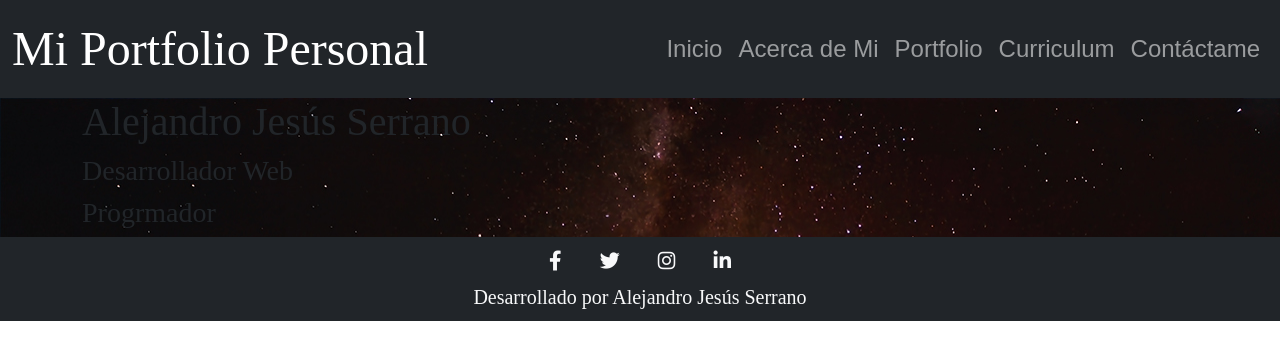
Repository: AlejandroJesusSerrano/portfolio
Page: portfolio/core/templates/core/home.html
An editor plug-in stored every save of this project. The page is shown before and after the next save, followed by the edit.
The browser window is 1280 px wide. The pictures show the whole page.
Some web fonts or font styles are not loaded; a fallback is used. The template is drawn by Django 4.2. The application's start-up code is not run. Other server files are loaded and not shown. The template is opened directly, without the code that normally fills it, so the values that code supplies are empty.

Above is the page before, as saved 2023-09-06 09:03:13.

### portfolio/core/templates/core/home.html
{% extends 'core/base.html' %}
{% load static %}

{% block title %} Inicio {% endblock title %}

<!-- header -->
{% block content %}
<div class="home bkg-img">
  <div class="container">
    <div class="row">
      <div class="col-12 brand">
        <div>
          <h1>Alejandro Jesús Serrano</h1>
        </div>
        <div>
          <h3>Desarrollador Web</h3>
        </div>
        <div>
          <h3>Progrmador</h3>
        </div>
      </div>
    </div>
  </div>
</div>
{% endblock content %}

### portfolio/core/templates/core/base.html
{% load static %}

<!DOCTYPE html>
<html lang="en">

<head>
  <meta charset="UTF-8">
  <meta name="viewport" content="width=device-width, initial-scale=1.0">
  <link rel="stylesheet" href={% static 'lib/bootstrap-5.2/css/bootstrap.min.css' %}>
  <link rel="stylesheet" href={% static 'lib/fontawesome-6.4.2/css/all.min.css' %}>
  <link rel="stylesheet" href={% static 'css/styles.css' %}>
  <title>Portafolio Personal - {% block title %} {% endblock title %}</title>
</head>

<body>
  <!-- HEADER -->
  <nav class="navbar navbar-expand-lg navbar-dark bg-dark">
    <div class="container-fluid">
      <a class="navbar-brand brand" href={% url 'home' %}>Mi Portfolio Personal</a>
      <button class="navbar-toggler" type="button" data-bs-toggle="collapse" data-bs-target="#navbarNav"
        aria-controls="navbarNav" aria-expanded="false" aria-label="Toggle navigation">
        <span class="navbar-toggler-icon"></span>
      </button>
      <div class="collapse navbar-collapse" id="navbarNav">
        <ul class="navbar-nav nav_menu ms-auto">
          <li class="nav-item">
            <a class="nav-link" aria-current="page" href={% url 'home' %}>Inicio</a>
          </li>
          <li class="nav-item">
            <a class="nav-link" href={% url 'about' %}>Acerca de Mi</a>
          </li>
          <li class="nav-item">
            <a class="nav-link" href={% url 'portfolio' %}>Portfolio</a>
          </li>
          <li class="nav-item">
            <a class="nav-link" href={% url 'curriculum' %}>Curriculum</a>
          </li>
          <li class="nav-item">
            <a class="nav-link" href={% url 'contact' %}>Contáctame</a>
          </li>
        </ul>
      </div>
    </div>
  </nav>

  <!-- CONTENT - Template Tags -->

  {% block content %} {%endblock content%}

  <div class="mb-0">
    <footer class="bg-dark text-center text-light">
      <section>
        <div class="container">
          <a class="btn btn-link btn-floating btn-lg text-light" href="#" role="button">
            <i class="fab fa-facebook-f"></i>
          </a>
          <a class="btn btn-link btn-floating btn-lg text-light" href="#" role="button">
            <i class="fab fa-twitter"></i>
          </a>
          <a class="btn btn-link btn-floating btn-lg text-light" href="#" role="button">
            <i class="fab fa-instagram"></i>
          </a>
          <a class="btn btn-link btn-floating btn-lg text-light" href="#" role="button">
            <i class="fab fa-linkedin-in"></i>
          </a>
        </div>
        <div class="container">
          <div class="pb-1">
            <h5 class="develop">Desarrollado por Alejandro Jesús Serrano</h5>
          </div>
        </div>
      </section>
    </footer>
  </div>
  <!-- End of .container -->

  <script src={% static 'lib/bootstrap-5.2/js/bootstrap.min.js' %}></script>
  <script src={% static 'lib/fontawesome-6.4.2/js/all.min.js' %}></script>
</body>

</html>

### portfolio/static/css/styles.css
@import url("https://fonts.googleapis.com/css2?family=Arima:wght@500;700&family=Average+Sans&family=Mulish:ital,wght@0,400;0,500;0,700;1,400;1,500;1,700&display=swap");

* {
  margin: 0;
  padding: 0;
  box-sizing: border-box;
}

.brand {
  font-family: "Arima", cursive;
  font-size: 3rem;
}

.nav_menu {
  font-family: "Average Sans", sans-serif;
  font-size: 1.5rem;
}

.develop {
  font-family: "Arima", cursive;
  font-size: 1.25rem;
}

.home {
  background-image: url(../img/sancarlos_noche_web.jpg);
  width: 100%;
}

.img-bkg {
  background-position: center center;
  min-height: 60vh;
  background-attachment: scroll;
  background-size: cover;
  background-repeat: no-repeat;
}

Loaded but not shown: portfolio/static/lib/bootstrap-5.2/css/bootstrap.min.css (library); portfolio/static/lib/fontawesome-6.4.2/css/all.min.css (library); portfolio/static/lib/bootstrap-5.2/js/bootstrap.min.js (library)

After the next save:
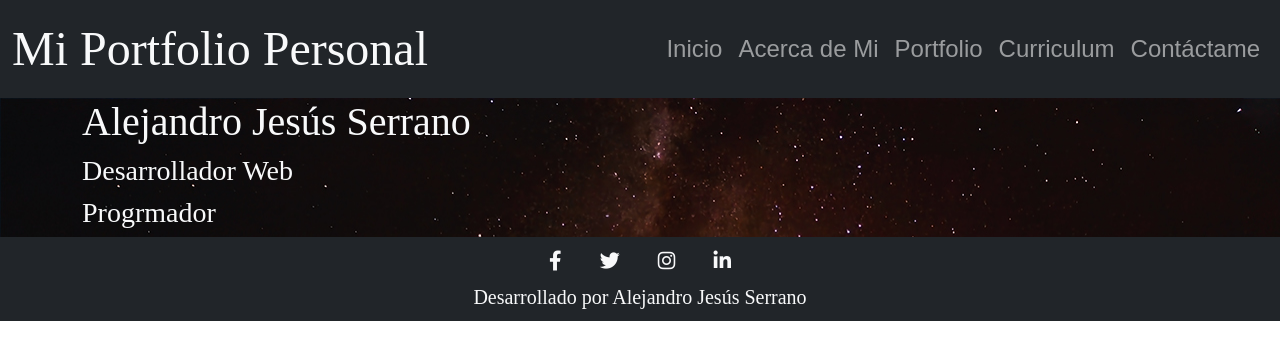
Saved 2 min 42 s later.
--- a/portfolio/static/css/styles.css
+++ b/portfolio/static/css/styles.css
@@ -9,6 +9,7 @@
 .brand {
   font-family: "Arima", cursive;
   font-size: 3rem;
+  color: #f8f9fa;
 }
 
 .nav_menu {
